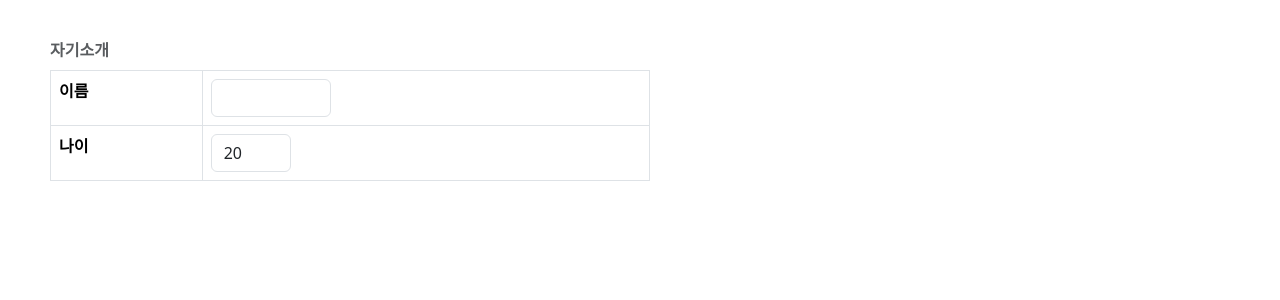
Repository: jini8293/Sist_04
Page: http://localhost/jspProject/intro/addForm.jsp
An editor plug-in stored every save of this project. The page is shown before and after the next save, followed by the edit.
The browser window is 1280 px wide. The pictures show the whole page.
Some web fonts or font styles are not loaded; a fallback is used. The page is served by Tomcat 9. Other server files are loaded and not shown.

Above is the page before, as saved 2024-03-06 07:25:38.

### jspwork/jspProject/src/main/webapp/intro/addForm.jsp
<%@ page language="java" contentType="text/html; charset=UTF-8"
	pageEncoding="UTF-8"%>
<!DOCTYPE html>
<html>
<head>
<meta charset="UTF-8">
<link
	href="https://fonts.googleapis.com/css2?family=Black+Han+Sans&family=Gowun+Dodum&family=IBM+Plex+Sans+KR&display=swap"
	rel="stylesheet">
<link
	href="https://cdn.jsdelivr.net/npm/bootstrap@5.3.2/dist/css/bootstrap.min.css"
	rel="stylesheet">
<script src="https://code.jquery.com/jquery-3.7.0.js"></script>
<title>Insert title here</title>
</head>
<body>
	<div style="margin: 30px 50px;">
		<form action="addAction.jsp" method="post">
			<table class="table table-bordered" style="width: 600px;">
				<caption align="top">
					<b>자기소개</b>
				</caption>
				<tr>
					<th>이름</th>
					<td><input type="text" name="name" class="form-control"
						required="required" style="width: 120px;"></td>
				</tr>

				<tr>
					<th>나이</th>
					<td><input type="number" name="age" class="form-control"
						value="20" style="width: 80px;"></td>
				</tr>


			</table>

		</form>
	</div>

</body>
</html>

After the next save:
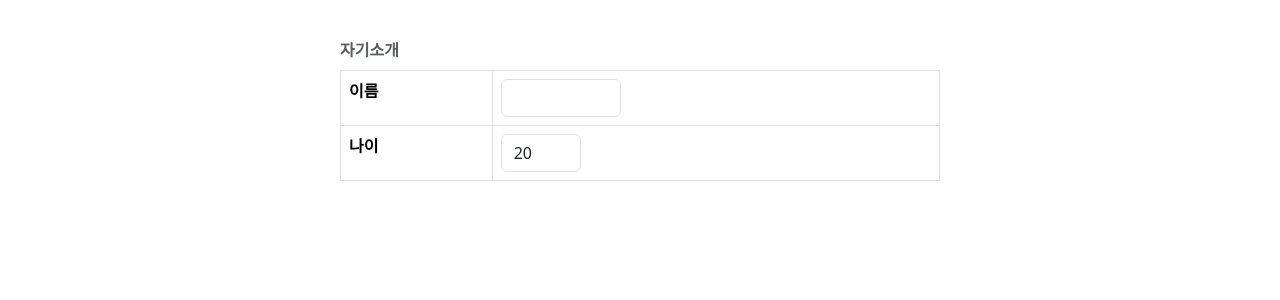
Saved 36 s later.
--- a/jspwork/jspProject/src/main/webapp/intro/addForm.jsp
+++ b/jspwork/jspProject/src/main/webapp/intro/addForm.jsp
@@ -14,7 +14,7 @@
 <title>Insert title here</title>
 </head>
 <body>
-	<div style="margin: 30px 50px;">
+	<div style="margin: 30px 50px;" align="center">
 		<form action="addAction.jsp" method="post">
 			<table class="table table-bordered" style="width: 600px;">
 				<caption align="top">

After the save that followed:
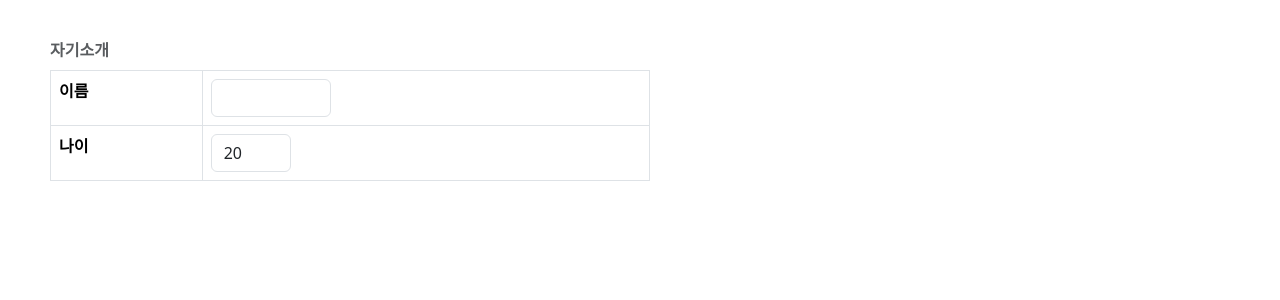
Saved 16 s later.
--- a/jspwork/jspProject/src/main/webapp/intro/addForm.jsp
+++ b/jspwork/jspProject/src/main/webapp/intro/addForm.jsp
@@ -14,14 +14,14 @@
 <title>Insert title here</title>
 </head>
 <body>
-	<div style="margin: 30px 50px;" align="center">
+	<div style="margin: 30px 50px;">
 		<form action="addAction.jsp" method="post">
 			<table class="table table-bordered" style="width: 600px;">
 				<caption align="top">
 					<b>자기소개</b>
 				</caption>
 				<tr>
-					<th>이름</th>
+					<th align="center">이름</th>
 					<td><input type="text" name="name" class="form-control"
 						required="required" style="width: 120px;"></td>
 				</tr>
